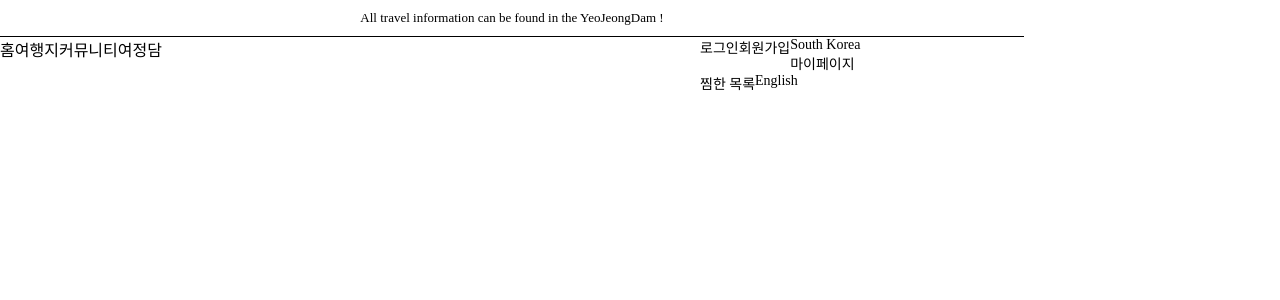
Repository: gaeunlee95/semi
Page: http://localhost/semi/main.jsp
An editor plug-in stored every save of this project. The page is shown before and after the next save, followed by the edit.
The browser window is 1280 px wide. The pictures show the whole page.
The page is served by Tomcat 9.

Above is the page before, as saved 2023-12-06 08:45:31.

### semi/src/main/webapp/main.jsp
<%@ page language="java" contentType="text/html; charset=UTF-8"
    pageEncoding="UTF-8"%>
<!DOCTYPE html>
<html>
<head>
<meta charset="UTF-8">
<title>메인 페이지</title>
<link rel="stylesheet" href="resources/css/style.css">
<style>
/* *{
	color: blue;
} */
</style>
</head>
<body>
	<jsp:include page="header.jsp" />
</body>
</html>

### semi/src/main/webapp/header.jsp
<%@ page language="java" contentType="text/html; charset=UTF-8"
    pageEncoding="UTF-8"%>
<%@ taglib uri="http://java.sun.com/jsp/jstl/core" prefix="c" %>
<header>
	<div id="welcome">
		<p>All travel information can be found in the YeoJeongDam !</p>
	</div>
	<nav>
	<div id="menu">
		<div id="mainMenu">
			<ul>
				<li>홈</li>
				<li>여행지</li>
				<li>커뮤니티</li>
				<li>여정담</li>
			</ul>
		</div>
		<div id="sideMenu">
			<ul>
				<li>로그인</li>
				<li>회원가입</li>
				<li>South Korea</li>
			</ul>
			<ul>
				<li>마이페이지</li>
				<li>찜한 목록</li>
				<li>English</li> <!-- 스크롤로 언어(영어/한국) 선택 -->
			</ul>
		</div>
	</div>
	</nav>





  <%-- <nav>
  <c:choose>
    <c:when test="${empty sessionId}">
	    <ul id="topMenu">
	  	  <li><a href="/loginform.do">로그인</a></li>
	  	  <li><a href="/joinform.do">회원가입</a></li>
	  	  <li><a href="/boardlist.do">게시판</a></li>
	  	  <li><a href="/memberlist.do">회원목록</a></li>
	  	</ul>
    </c:when>
    <c:otherwise>
    	<ul id="topMenu">
	  	  <li><a href="/logout.do">(${sessionId}님)로그아웃</a></li>
	  	  <li><a href="/memberview.do?id=${sessionId}">나의 정보</a></li>
	  	  <li><a href="/boardlist.do">게시판</a></li>
	  	  <li><a href="/memberlist.do">회원 목록</a></li>
	  	</ul>
    </c:otherwise>
   </c:choose>
  </nav> --%>
</header>

### semi/src/main/webapp/resources/css/style.css
@charset "UTF-8";
/* 공통 스타일 */
*{margin: 0; padding: 0;}
#container{width: 1024px; margin: 30px auto 100px;}
ul li{list-style: none;}
a{text-decoration: none;}
/* header 스타일 */
header{
	margin: 0 auto;
}
header #welcome{
	width : 1024px;
	text-align: center;
	border-bottom: 1px solid black;
}
header #welcome p{
	padding: 10px 0;
	font-size: 13px;
}


header nav{
	height: 80px;
	float:left;
}
header nav div{
	float: left;
}
header #menu ul li{
	float: left;
}
header #mainMenu{
	width: 700px;
};
header #mainMenu li{
	font-size: 20px;
};
header #sideMenu{
	width: 324px;
}
header #sideMenu li{
	font-size: 14px;
}


/*
 header 스타일
header{height: 80px; background: #0077cc;}
header #logo{width: 250px; float: left; line-height: 80px;}
#logo h1 a{color: greenyellow; padding-left: 24px; font-style: italic;}
#logo h1 a:hover{color: #eee;}
header nav{width: 900px; float: right;}
#topMenu{line-height: 80px; padding-left: 150px;}
#topMenu li{float: left; margin: 0 20px;}
#topMenu li a{color: #eee; padding: 0 20px;}
#topMenu li a:hover{color: #444;}

 main 스타일
#main{width: 1000px; height: 600px; margin: 40px auto;}
#main h1{color: blue; font-style: italic; padding: 20px 60px;}
#main .main_img{margin: 16px 30px; float: left;}
#main .main_img img{border-radius: 5px;}
#main .newboard{margin: 20px;}
#main .newboard h3{margin: 20px;}
#main .newboard p{line-height: 2.5;}


 footer 스타일
footer{height: 80px; border-top: 2px solid #222; clear: both;}
#bottomMenu{margin: 10px 20px;}
#bottomMenu li{float: left; margin: 10px 0; padding: 0 10px;
	border-right: 1.5px solid #ccc;}
#bottomMenu li a{color: #444;}
#bottomMenu li:last-child{border: none;}

 회원 목록 스타일
#memberlist{width: 700px; margin: 20px auto;}
#memberlist .logout{text-align: right;}
#memberlist table{width: 700px; margin: 20px auto;}
#memberlist table, th, td{border: 1px solid #ccc;
  border-collapse: collapse; text-align: center;}
table th, td{padding: 10px;}
table thead{background: #eee;}
*/
/* 회원 가입 스타일 */
#join{width: 500px; margin: 20px auto;}
#join form{margin: 20px auto;}
form ul li{margin: 20px;}
form .button{margin-top: 16px;}
form .button button{padding: 5px;}
form label{width: 120px; float: left; padding-left: 20px;}
form input{padding: 5px;}

/* 회원 정보 스타일 */
#memberview{width: 460px; margin: 20px auto;}
#memberview table{width: 460px; margin: 20px auto;}
#memberview table, th, td{border: 1px solid #ccc;
  border-collapse: collapse; text-align: center;}
table th, td{padding: 10px;}
#memberview button{padding: 5px;}
/*
 login 스타일
#login {width: 400px; margin: 30px auto 100px;}
#login form{margin: 30px auto;}
#login form ul li{margin: 30px;}
#login .error{color: #e00; margin-top: 16px; font-size: 0.9em}
#login button{width: 100%; padding: 10px 0;}

 게시글 목록 스타일
#boardlist{width: 700px; margin: 20px auto;}
#boardlist table{width: 700px; margin: 20px auto;}
#boardlist table, th, td{border: 1px solid #ccc;
  border-collapse: collapse; text-align: center;}
table th, td{padding: 10px;}
table thead{background: #eee;}
#boardlist button{padding: 10px;}

 글쓰기 스타일
#writeform{width: 550px; margin: 20px auto;}
#writeform table{width: 550px; margin: 20px auto;}
#writeform table, th, td{border: 1px solid #ccc;
  border-collapse: collapse; text-align: center;}
table th, td{padding: 10px;}
table thead{background: #eee;}
#writeform input{width: 540px; height: 25px; padding: 5px;}
#writeform textarea{width: 540px; height: 300px; padding: 5px;}
#writeform button{padding: 5px;}

 글 상세보기 스타일
#board_view{width: 550px; margin: 20px auto;}
#board_view table{width: 550px; margin: 20px auto;}
#board_view table, th, td{border: 1px solid #ccc;
  border-collapse: collapse; text-align: center;}
table th, td{padding: 10px;}
table thead{background: #eee;}
#board_view input{width: 540px; height: 25px; padding: 5px;}
#board_view textarea{width: 540px; height: 300px; padding: 5px;}
#board_view button{padding: 5px;}

 댓글 영역 스타일
#board_view h3{
	margin-bottom: 12px;
	color: #444;
}
#board_view .reply{
	border-top: 1px dotted #ccc;
}
#board_view .reply p{
	margin: 10px 0;
	font-size: 0.9em;
	color: #444;
}

 댓글 내용 - 줄바꿈하기 : white-space:pre-line
#board_view .reply p:nth-of-type(1){
	white-space: pre-line; white-space (enter)하면 줄바꿈;
	line-height: 1.5;
}
#replyform textarea{
	height: 100px;
}
#replyform button{
	margin-top: 6px;
}
.replylogin{
	background-color: #eee;
	margin: 10px 0;
	padding: 16px;
	text-align: center;
	border-radius: 5px;
}
.replylogin a{
	color:blue;
}
.replylogin a:hover{
	text-decoration: underline;
}*/

After the next save:
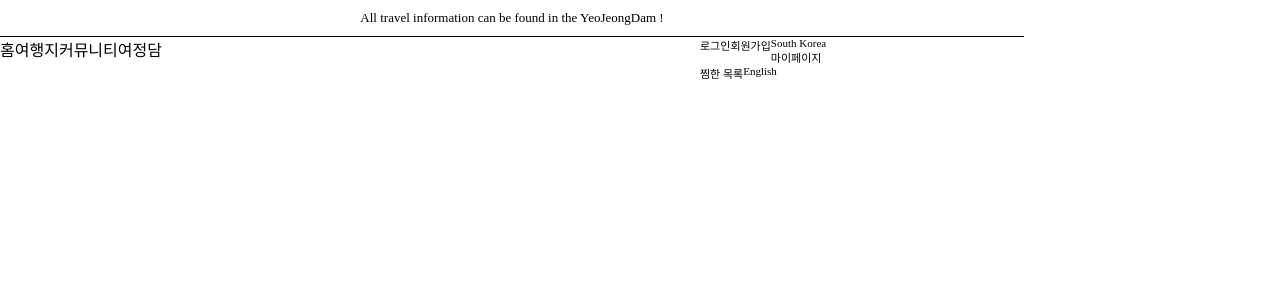
Saved 66 s later.
--- a/semi/src/main/webapp/resources/css/style.css
+++ b/semi/src/main/webapp/resources/css/style.css
@@ -39,7 +39,7 @@
 	width: 324px;
 }
 header #sideMenu li{
-	font-size: 14px;
+	font-size: 11px;
 }
 
 

After the save that followed:
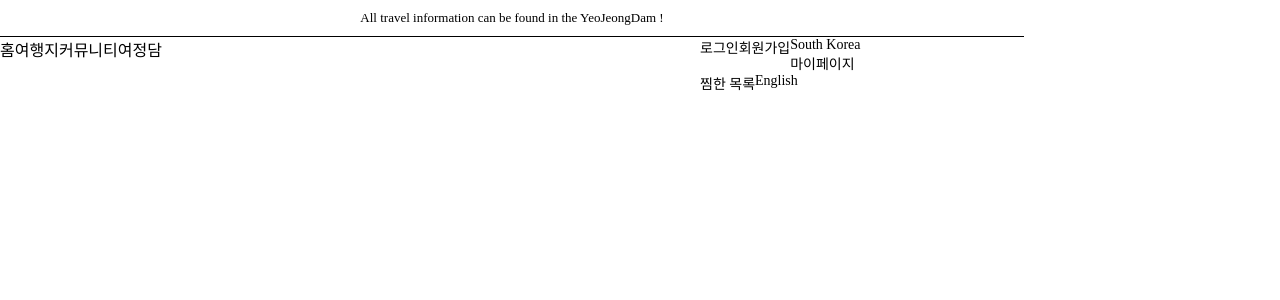
Saved 4 s later.
--- a/semi/src/main/webapp/resources/css/style.css
+++ b/semi/src/main/webapp/resources/css/style.css
@@ -39,7 +39,7 @@
 	width: 324px;
 }
 header #sideMenu li{
-	font-size: 11px;
+	font-size: 14px;
 }
 
 
